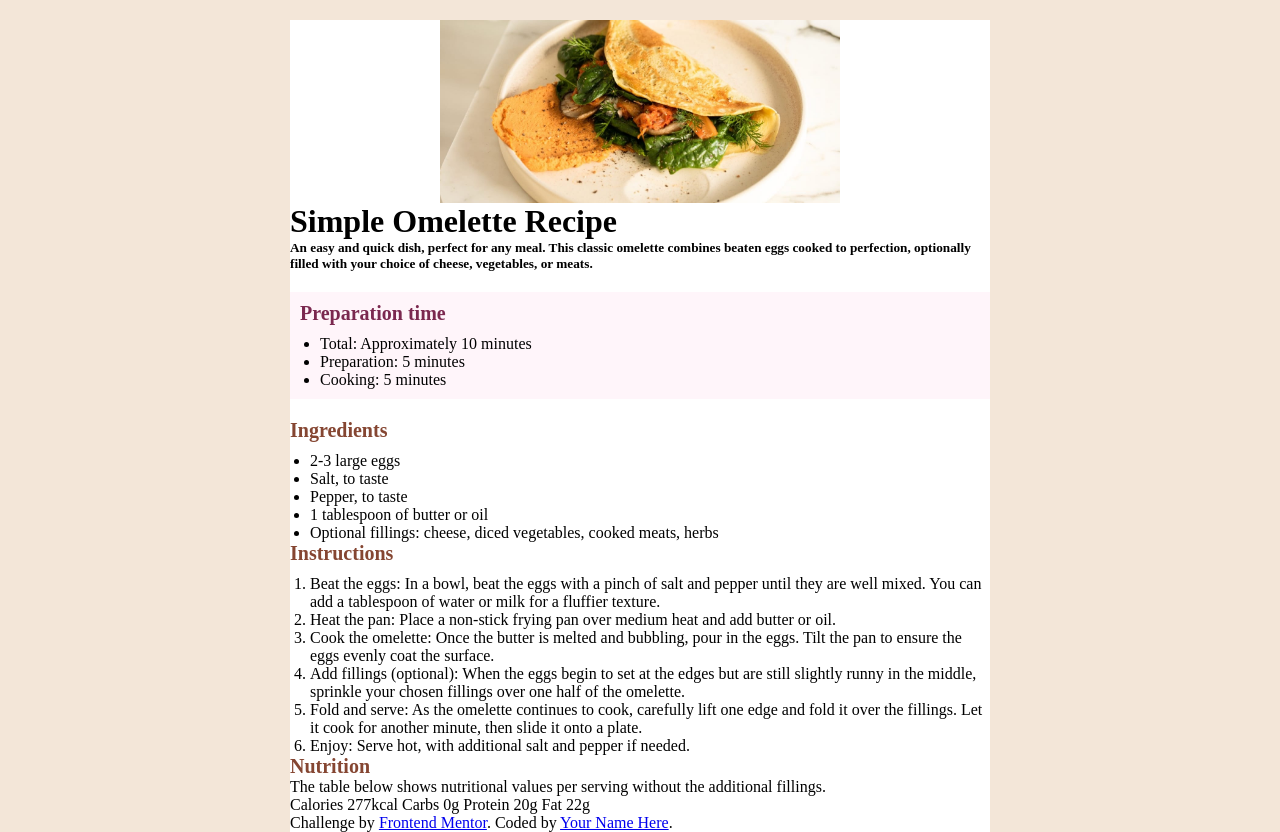
Repository: sodmaq/recipe-page-
Page: index.html
An editor plug-in stored every save of this project. The page is shown before and after a run of saves, followed by the edit.
The browser window is 1280 px wide. The pictures show the whole page.

Above is the page before, as saved 2024-09-07 19:27:22.

### index.html
<!DOCTYPE html>
<html lang="en">
  <head>
    <meta charset="UTF-8" />
    <meta name="viewport" content="width=device-width, initial-scale=1.0" />
    <!-- displays site properly based on user's device -->
    <link rel="stylesheet" href="style.css" />

    <link
      rel="icon"
      type="image/png"
      sizes="32x32"
      href="./assets/images/favicon-32x32.png"
    />

    <title>Frontend Mentor | Recipe page</title>

    <!-- Feel free to remove these styles or customise in your own stylesheet 👍 -->
    <!-- <style>
      .attribution {
        font-size: 11px;
        text-align: center;
      }
      .attribution a {
        color: hsl(228, 45%, 44%);
      }
    </style> -->
  </head>
  <body>
    <div class="container">
      <header>
        <img src="/assets/images/image-omelette.jpeg" alt="" />
        <h1>Simple Omelette Recipe</h1>
        <h5>
          An easy and quick dish, perfect for any meal. This classic omelette
          combines beaten eggs cooked to perfection, optionally filled with your
          choice of cheese, vegetables, or meats.
        </h5>
      </header>
      <article>
        <div class="preparation">
          <h3 id="text">Preparation time</h3>
          <ul>
            <li>Total: Approximately 10 minutes</li>
            <li>Preparation: 5 minutes</li>
            <li>Cooking: 5 minutes</li>
          </ul>
        </div>
        <h1 id="h1Text">Ingredients</h1>
        <ul>
          <li>2-3 large eggs</li>
          <li>Salt, to taste</li>
          <li>Pepper, to taste</li>
          <li>1 tablespoon of butter or oil</li>
          <li>
            Optional fillings: cheese, diced vegetables, cooked meats, herbs
          </li>
        </ul>

        <h1 id="h1Text">Instructions</h1>

        <ol>
          <li>
            Beat the eggs: In a bowl, beat the eggs with a pinch of salt and
            pepper until they are well mixed. You can add a tablespoon of water
            or milk for a fluffier texture.
          </li>
          <li>
            Heat the pan: Place a non-stick frying pan over medium heat and add
            butter or oil.
          </li>
          <li>
            Cook the omelette: Once the butter is melted and bubbling, pour in
            the eggs. Tilt the pan to ensure the eggs evenly coat the surface.
          </li>
          <li>
            Add fillings (optional): When the eggs begin to set at the edges but
            are still slightly runny in the middle, sprinkle your chosen
            fillings over one half of the omelette.
          </li>
          <li>
            Fold and serve: As the omelette continues to cook, carefully lift
            one edge and fold it over the fillings. Let it cook for another
            minute, then slide it onto a plate.
          </li>
          <li>Enjoy: Serve hot, with additional salt and pepper if needed.</li>
        </ol>

        <h1 id="h1Text">Nutrition</h1>
        <p>
          The table below shows nutritional values per serving without the
          additional fillings.
        </p>

        Calories 277kcal Carbs 0g Protein 20g Fat 22g
      </article>

      <div class="attribution">
        Challenge by
        <a href="https://www.frontendmentor.io?ref=challenge" target="_blank"
          >Frontend Mentor</a
        >. Coded by <a href="#">Your Name Here</a>.
      </div>
    </div>
  </body>
</html>

### style.css
* {
  margin: 0;
  padding: 0;
  box-sizing: border-box;
}
:root {
  /* Primary color */
  --Nutmeg-color: hsl(14, 45%, 36%);
  --Dark-Raspberry: hsl(332, 51%, 32%);

  /* Neutral color */
  --White-color: hsl(0, 0%, 100%);
  --Rose-White: hsl(330, 100%, 98%);
  --Eggshell-background-color: hsl(30, 54%, 90%);
  --Light-Grey: hsl(30, 18%, 87%);
  --Wenge-Brown: hsl(30, 10%, 34%);
  --Dark-Charcoal: hsl(24, 5%, 18%);
}

body {
  background-color: hsl(30, 54%, 90%);
}
.container {
  width: 700px;
  margin-left: auto;
  margin-right: auto;
  background-color: hsl(0, 0%, 100%);
}
img {
  width: 400px;
  margin-left: auto;
  margin-right: auto;
  display: block;
  margin-top: 20px;
}
.preparation {
  background-color: hsl(330, 100%, 98%);
  padding: 10px;
  margin-top: 20px;
  margin-bottom: 20px;
}
#text {
  color: hsl(332, 51%, 32%);
  font-weight: 700;
  font-size: 20px;
}
#h1Text {
  color: hsl(14, 45%, 36%);
  font-weight: 700;
  font-size: 20px;
}
ol {
  margin-left: 20px;
  margin-top: 10px;
}
ul {
  margin-left: 20px;
  margin-top: 10px;
}

After the next 2 saves:
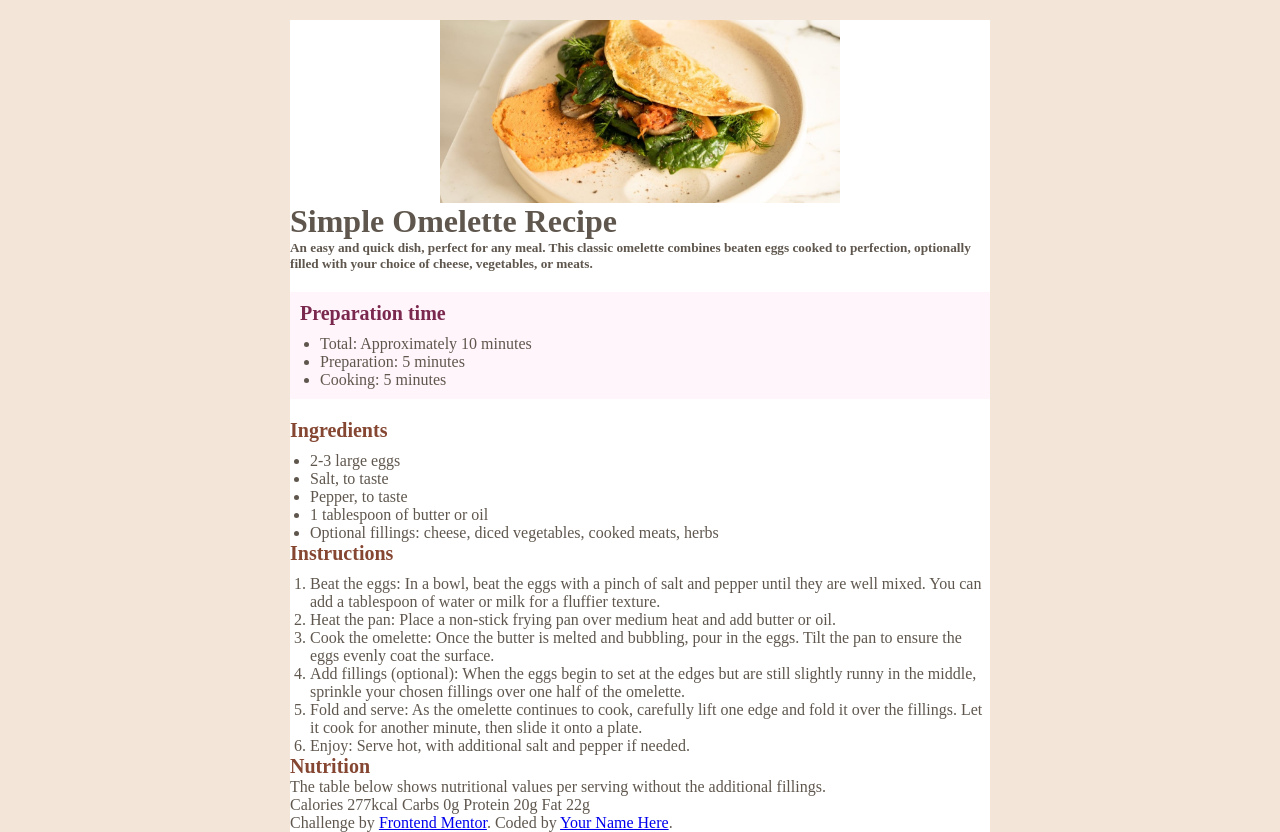
The 2 saves are shown as one change because they came seconds apart.
The last was saved 35 s later.
--- a/style.css
+++ b/style.css
@@ -18,7 +18,8 @@
 }
 
 body {
-  background-color: hsl(30, 54%, 90%);
+  background-color: var(--Eggshell-background-color);
+  color: var(--Wenge-Brown);
 }
 .container {
   width: 700px;

After the save that followed:
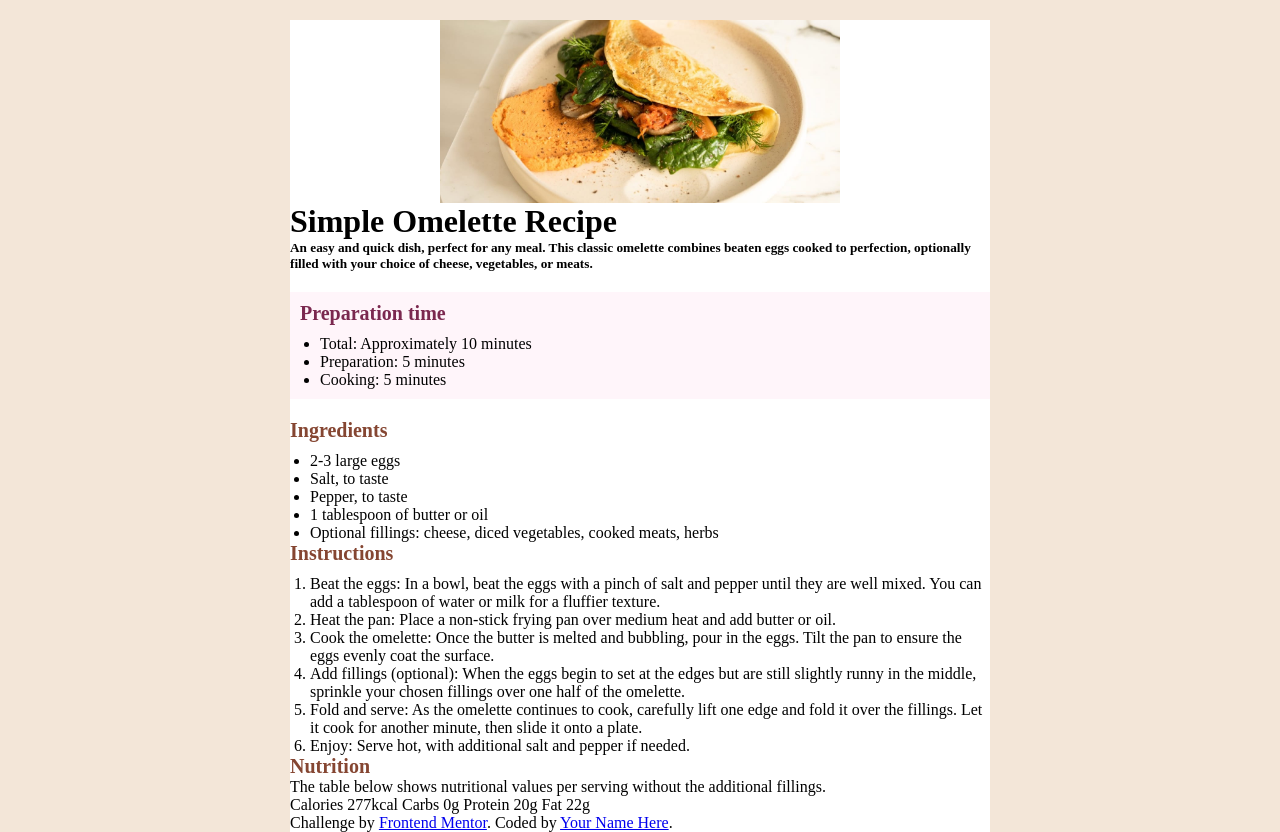
Saved 10 s later.
--- a/style.css
+++ b/style.css
@@ -19,7 +19,6 @@
 
 body {
   background-color: var(--Eggshell-background-color);
-  color: var(--Wenge-Brown);
 }
 .container {
   width: 700px;
